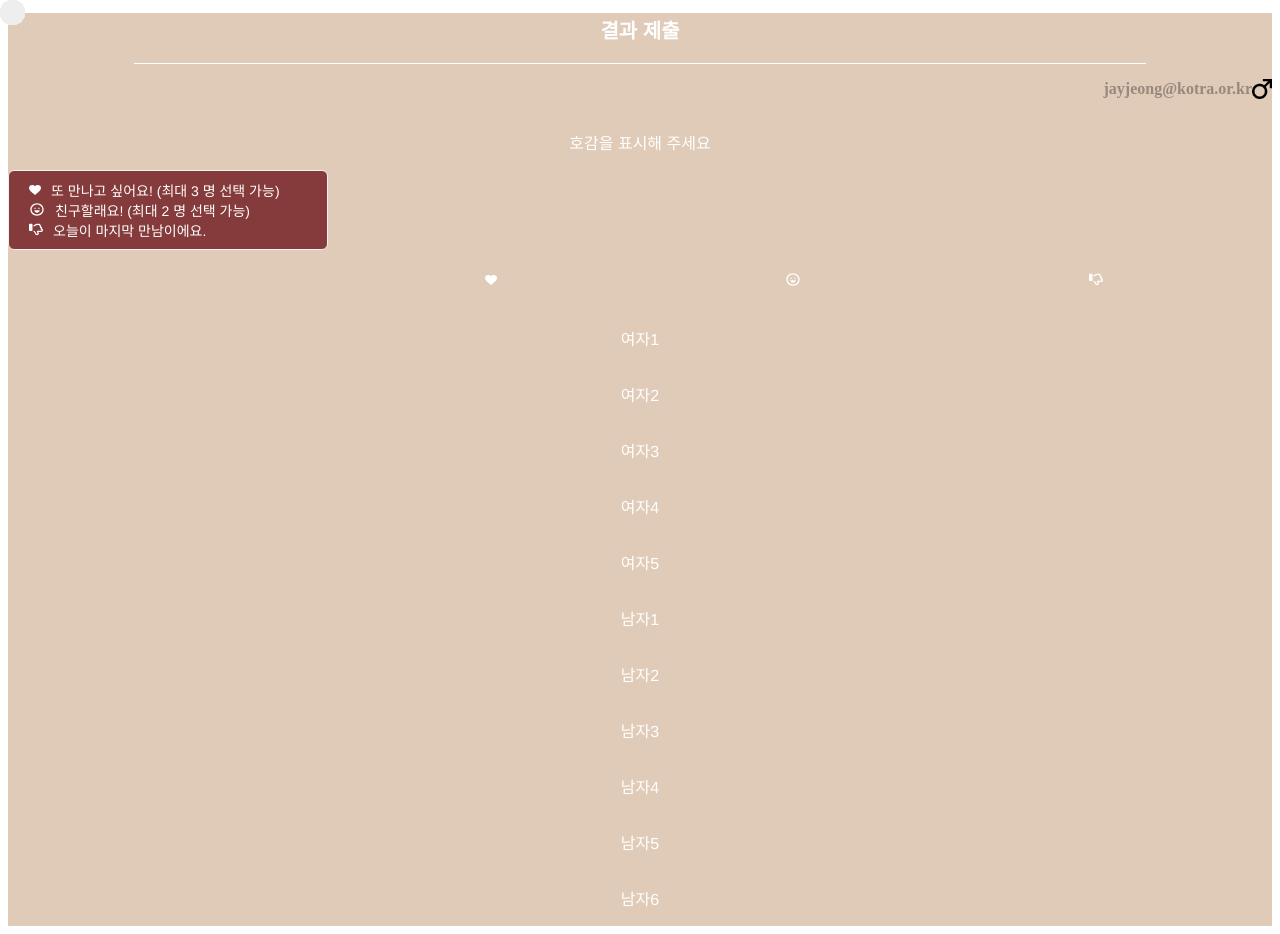
Repository: Jay-Jeong1988/speed_dating_pwa
Page: /submit_result
These files come from the project's save history. The page is drawn as it stood at one moment and after a run of saves; the edit follows.
The browser window is 1280 px wide. The pictures show the whole page.
The project was rebuilt for these pictures with package versions that can differ from the ones it lists, and the page was loaded fresh each time. Also part of the build but not shown: vue.config.js, src/views/LoginPage.vue, src/views/DashBoard.vue, src/components/no_reservation_card.vue, src/views/BookedEventsPage.vue.

Above is the page before, as saved 2023-02-12 22:45:08.

After the next 13 saves:
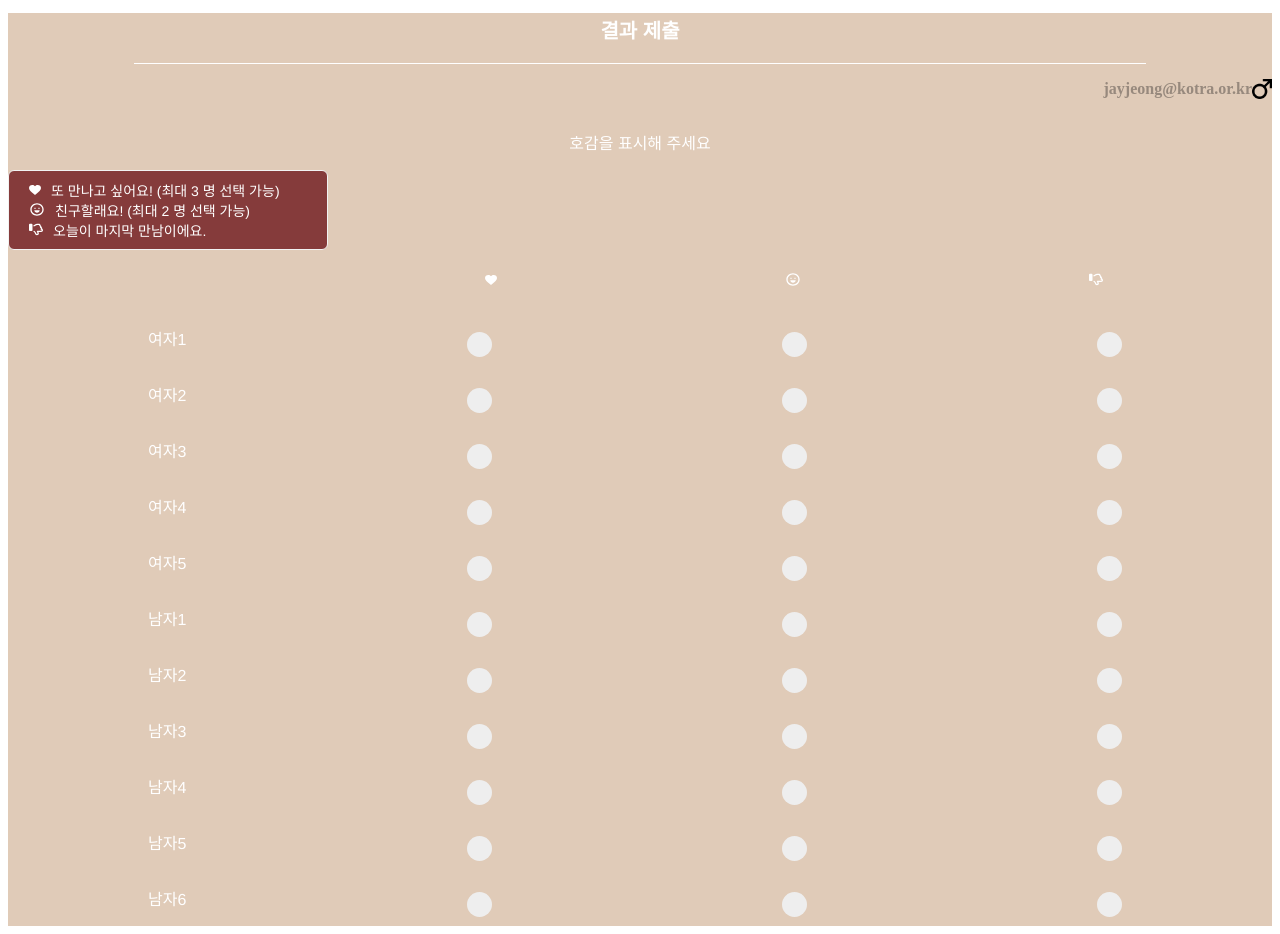
The 13 saves are shown as one change because 1 did not build or start and some came seconds apart.
The last was saved 107 s later.
--- a/src/views/SubmitResultPage.vue
+++ b/src/views/SubmitResultPage.vue
@@ -23,12 +23,18 @@
       <ul class="participants-list">
         <li class="participants-list-item" v-for="participant in participants" :key="participant.id">
           <p>{{ participant.name }}</p>
-          <input type="radio" :id="participant.id" :name="participant.name" value="HTML" />
-          <span class="checkmark"></span>
-          <input type="radio" :id="participant.id" :name="participant.name" value="HTML" />
-          <span class="checkmark"></span>
-          <input type="radio" :id="participant.id" :name="participant.name" value="HTML" />
-          <span class="checkmark"></span>
+          <label class="container">
+            <input type="radio" :id="participant.id" :name="participant.name" value="HTML" />
+            <span class="checkmark"></span>
+          </label>
+          <label class="container">
+            <input type="radio" :id="participant.id" :name="participant.name" value="HTML" />
+            <span class="checkmark"></span>
+          </label>
+          <label class="container">
+            <input type="radio" :id="participant.id" :name="participant.name" value="HTML" />
+            <span class="checkmark"></span>
+          </label>
         </li>
       </ul>
     </div>
